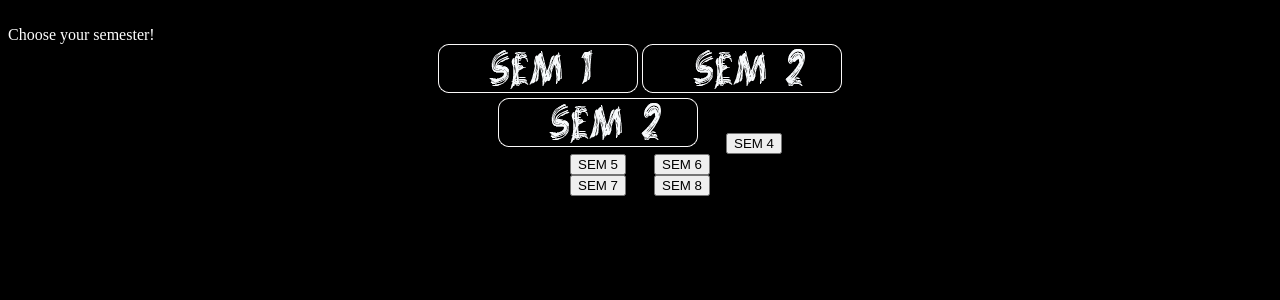
Repository: vigineshs/Mobile-Applications
Page: AnnaUniv GPA Calc/AnnaUniv GPA Calculator w/assets/www/reg08ec.html
These files come from the project's save history. The page is drawn as it stood at one moment and after the next save; the edit follows.
The browser window is 1280 px wide. The pictures show the whole page.

Above is the page before, as saved 2012-05-05 16:25:57.

### AnnaUniv GPA Calc/AnnaUniv GPA Calculator w/assets/www/reg08ec.html
<!DOCTYPE HTML>
<html>
<head>
<title>GPA</title>
<script type="text/javascript" charset="utf-8" src="/AnnaUniv GPA Calculator/assets/www/cordova-1.7.0.js"></script>

</head>
<body style="background-color:black; color:white" >
<br /> Choose your semester! <br /> <center>
<a href="ece08sem1.html" onmouseover="document.cont.src='sem1.png'" onclick="document.cont.src='sem1.png'" onMouseOut="document.cont.src='sem11.png'" ><img src="sem11.png" name="cont" border="0" /></a>
<a href="ece08sem2.html" onmouseover="document.conta.src='sem2.png'" onclick="document.conta.src='sem2.png'" onMouseOut="document.conta.src='sem21.png'" ><img src="sem21.png" name="conta" border="0" /></a><br />
<a href="ece08sem3.html" onmouseover="document.conta.src='sem2.png'" onclick="document.conta.src='sem2.png'" onMouseOut="document.conta.src='sem21.png'" ><img src="sem21.png" name="conta" border="0" ></a>&nbsp;&nbsp;&nbsp;&nbsp;&nbsp;&nbsp;
<a href="ece08sem4.html"><input type="button" value="SEM 4" /></a><br />
<a href="ece08sem5.html"><input type="button" value="SEM 5" /></a>&nbsp;&nbsp;&nbsp;&nbsp;&nbsp;&nbsp;
<a href="ece08sem6.html"><input type="button" value="SEM 6" /></a><br />
<a href="ece08sem7.html"><input type="button" value="SEM 7" /></a>&nbsp;&nbsp;&nbsp;&nbsp;&nbsp;&nbsp;
<a href="ece08sem8.html"><input type="button" value="SEM 8" /></a><br />
</center>
</body>
</html>

Loaded but not shown: AnnaUniv GPA Calc/AnnaUniv GPA Calculator w/assets/www/cordova-1.7.0.js (library)

After the next save:
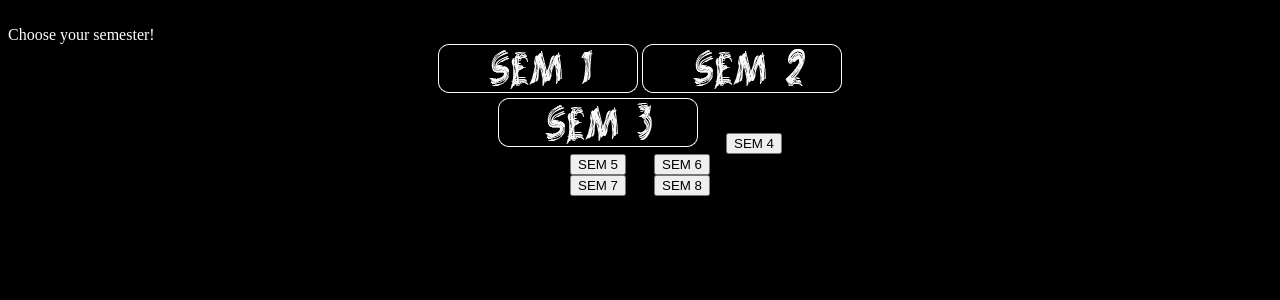
Saved 38 s later.
--- a/AnnaUniv GPA Calc/AnnaUniv GPA Calculator w/assets/www/reg08ec.html
+++ b/AnnaUniv GPA Calc/AnnaUniv GPA Calculator w/assets/www/reg08ec.html
@@ -9,7 +9,7 @@
 <br /> Choose your semester! <br /> <center>
 <a href="ece08sem1.html" onmouseover="document.cont.src='sem1.png'" onclick="document.cont.src='sem1.png'" onMouseOut="document.cont.src='sem11.png'" ><img src="sem11.png" name="cont" border="0" /></a>
 <a href="ece08sem2.html" onmouseover="document.conta.src='sem2.png'" onclick="document.conta.src='sem2.png'" onMouseOut="document.conta.src='sem21.png'" ><img src="sem21.png" name="conta" border="0" /></a><br />
-<a href="ece08sem3.html" onmouseover="document.conta.src='sem2.png'" onclick="document.conta.src='sem2.png'" onMouseOut="document.conta.src='sem21.png'" ><img src="sem21.png" name="conta" border="0" ></a>&nbsp;&nbsp;&nbsp;&nbsp;&nbsp;&nbsp;
+<a href="ece08sem3.html" onmouseover="document.conta.src='sem3.png'" onclick="document.conta.src='sem3.png'" onMouseOut="document.conta.src='sem31.png'" ><img src="sem31.png" name="conta" border="0" ></a>&nbsp;&nbsp;&nbsp;&nbsp;&nbsp;&nbsp;
 <a href="ece08sem4.html"><input type="button" value="SEM 4" /></a><br />
 <a href="ece08sem5.html"><input type="button" value="SEM 5" /></a>&nbsp;&nbsp;&nbsp;&nbsp;&nbsp;&nbsp;
 <a href="ece08sem6.html"><input type="button" value="SEM 6" /></a><br />
